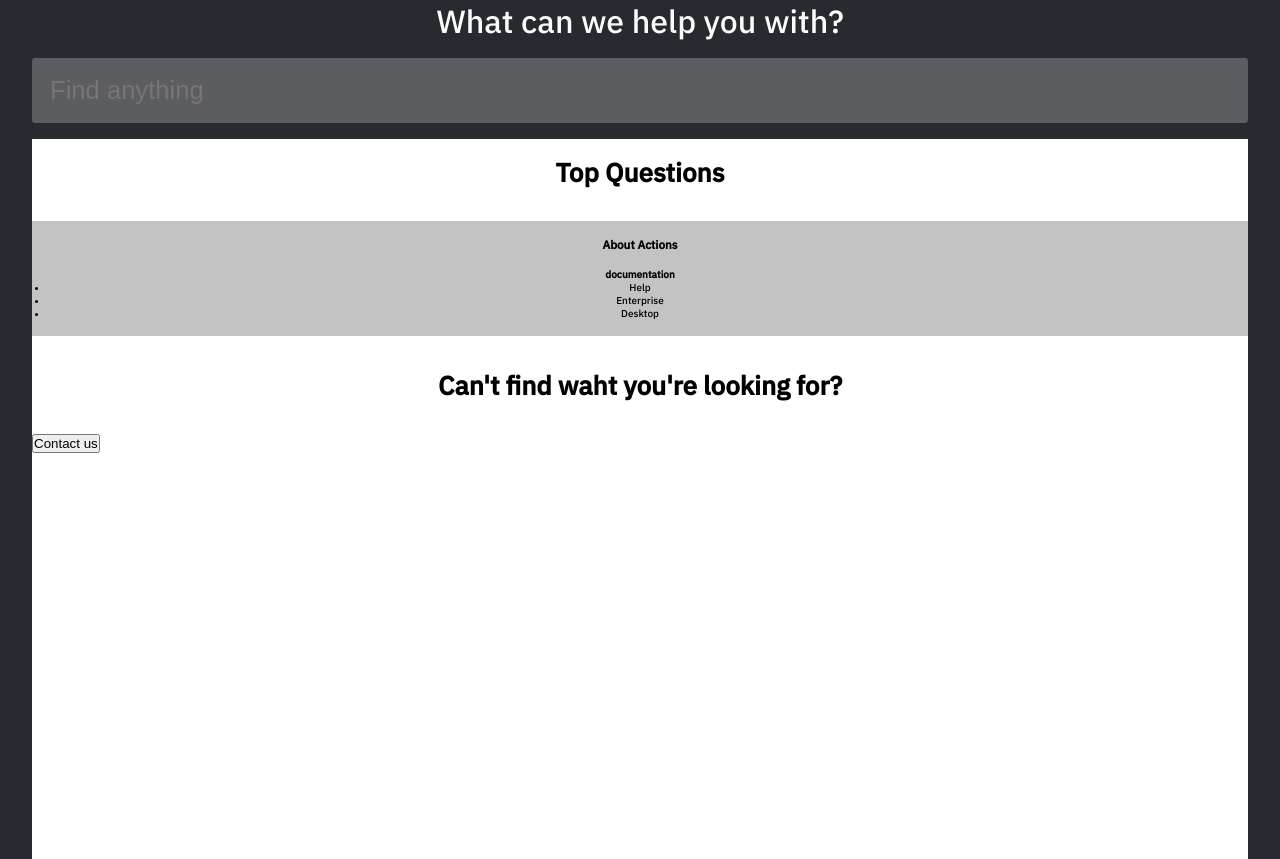
Repository: Hcmwebs/Help-Center-UI-
Page: index.html
These files come from the project's save history. The page is drawn as it stood at one moment and after the next save; the edit follows.
The browser window is 1280 px wide. The pictures show the whole page.
The style sheet was rebuilt from its Sass, Less or Tailwind sources for each picture, by a compiler version that may differ from the author's.

Above is the page before, as saved 2020-08-25 23:22:22.

### index.html
<!DOCTYPE html>
<html lang="en">
<head>
    <meta charset="UTF-8">
    <meta name="viewport" content="width=device-width, initial-scale=1.0">
    <link rel="stylesheet" href="css/styles.min.css">
    <title>Help Center</title>
</head>
<body>
    <div class="container">
        <header>
            <h1>What can we help  you with?</h1>
            <input type="search"
            id="search"
            placeholder="Find anything">
        </header>


        <!-- *******card****** -->
        <div class="card">
            <!--****card-header**** -->
            <h2> Top Questions</h2>

            <!--****card-body**** -->

            <div class="card-item">
                <div class="card-head">
                    <h3>About Actions</h3>
                </div>
                <div class="card-body">
                    <h4>documentation</h4>
                    <ul>
                        <li>Help</li>
                        <li>Enterprise</li>
                        <li>Desktop</li>
                    </ul>
                </div>
            </div>


            <!--****card--footer**** -->
            <div class="card-footer">
                <h2>Can't find waht you're looking for? </h2>
                <button class="btn-primary">Contact us</button>
            </div>

        </div>
    </div>
</body>
</html>

### scss/styles.scss
@import url('https://fonts.googleapis.com/css2?family=IBM+Plex+Sans:wght@300;500&display=swap');
$font-stack:'IBM Plex Sans', sans-serif;
$bg-color:rgba(37,41,46,0.9);
$primary-color:rgba(255,255,255,0.99);
$border-color:rgba(255,255,255,0.24);

*{
    margin: 0;
    padding: 0;
    box-sizing: border-box;
}

body{
    font-family: $font-stack;
    font-size: 10px;
    background-color:$bg-color;
    display: grid;
    place-items: center;
    height: 100vh;
    width: 100%;
}

.container{
    width: 100%;
    padding: 0 2rem ;
    background-color:$bg-color;

}
header{
    text-align: center;
    margin-bottom: 1rem;


    h1{
        font-size: 32px;
        font-weight: 500;
        margin-bottom: 1rem;
        color: $primary-color;
    }
    input{
        font-size: 1.6rem;
        width: 100%;
        padding: 1rem;
        color:$primary-color;
        background-color:$border-color;
        border-radius: 0.2rem;
        border: 2px solid transparent;
        transition: all 0.75s ease-in;
    }
    input:hover{
        border-color: $border-color;
    }

}
.card{
    width: 100%;
    height: 100vh;
    background-color: #fff;

    h2{
        text-align: center;
        font-size: 26px;
        margin: 1rem 0;
        padding: 1rem;
    }

    &-item{
        width: 100%;
        text-align: center;
        display: grid;
        grid-template-columns: 1fr;
        gap: 1rem;
        padding: 1rem;
        background-color:#c3c3c3;


        &-head{
            padding: 1rem;
            background-color: blue;


            h3{
                font-size: 24px;
                font-weight: 500;
                padding: 1rem 0;
                text-align: center;
                border: 5px solid #000;
            }
        }

        &-body{
            text-align: justify;


        }
    }
}

After the next save:
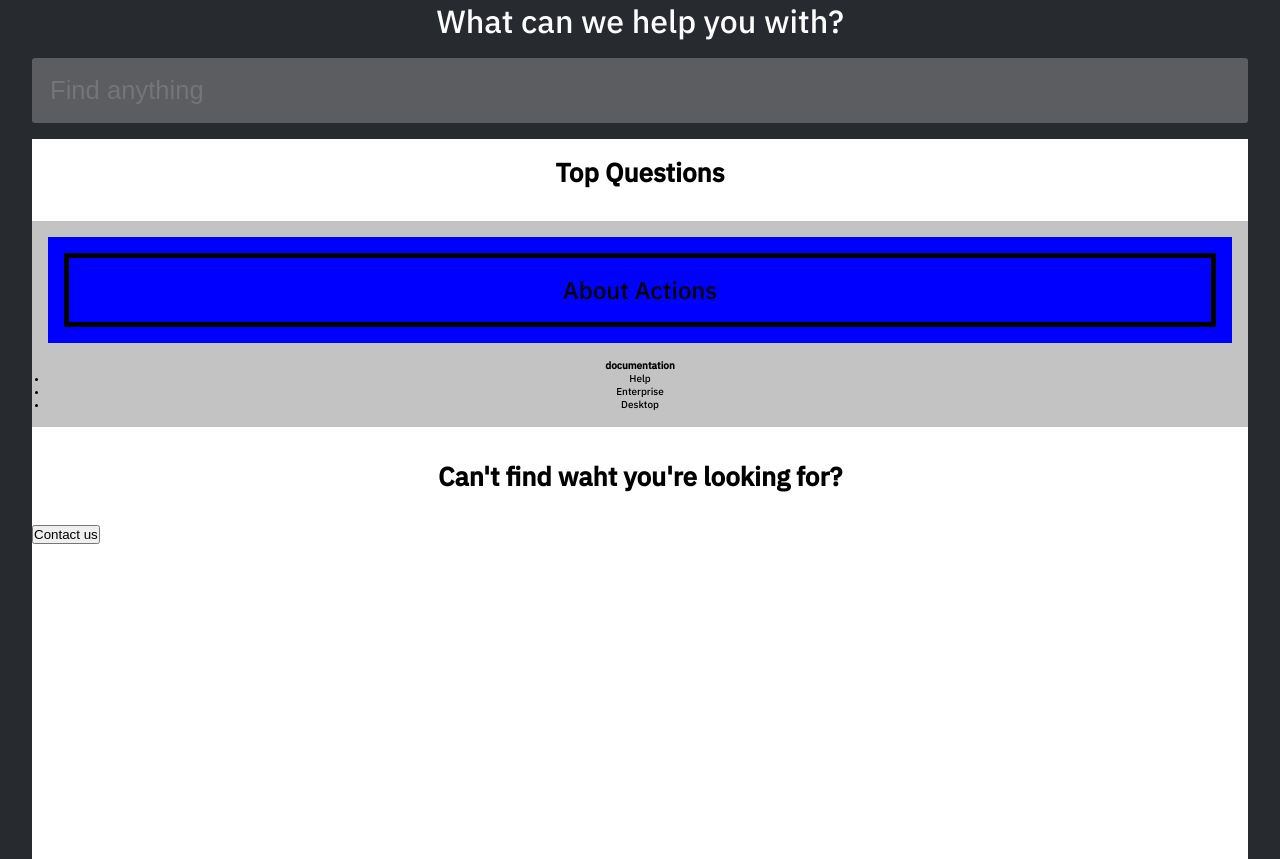
Saved 36 s later.
--- a/index.html
+++ b/index.html
@@ -24,7 +24,7 @@
             <!--****card-body**** -->
 
             <div class="card-item">
-                <div class="card-head">
+                <div class="card-item-head">
                     <h3>About Actions</h3>
                 </div>
                 <div class="card-body">
